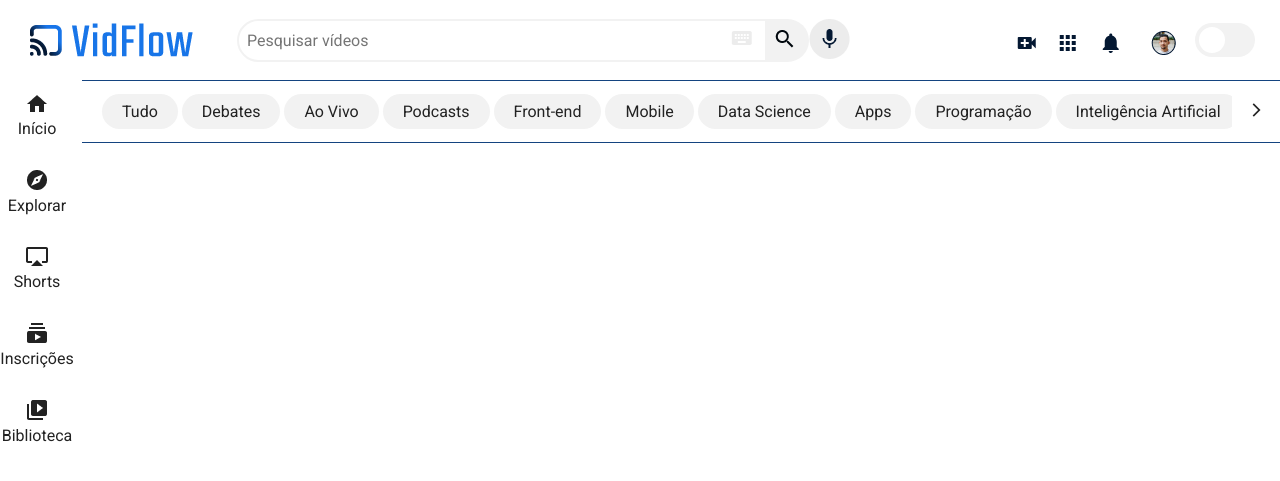
Repository: joaoPraiaJunior/curso-consumindo-api
Page: index.html
An editor plug-in stored every save of this project. The page is shown before and after the next save, followed by the edit.
The browser window is 1280 px wide. The pictures show the whole page.
The page's requests for data from a server got no answer.

Above is the page before, as saved 2024-08-15 17:49:42.
Console error: SyntaxError: Cannot use import statement outside a module

After the next save:
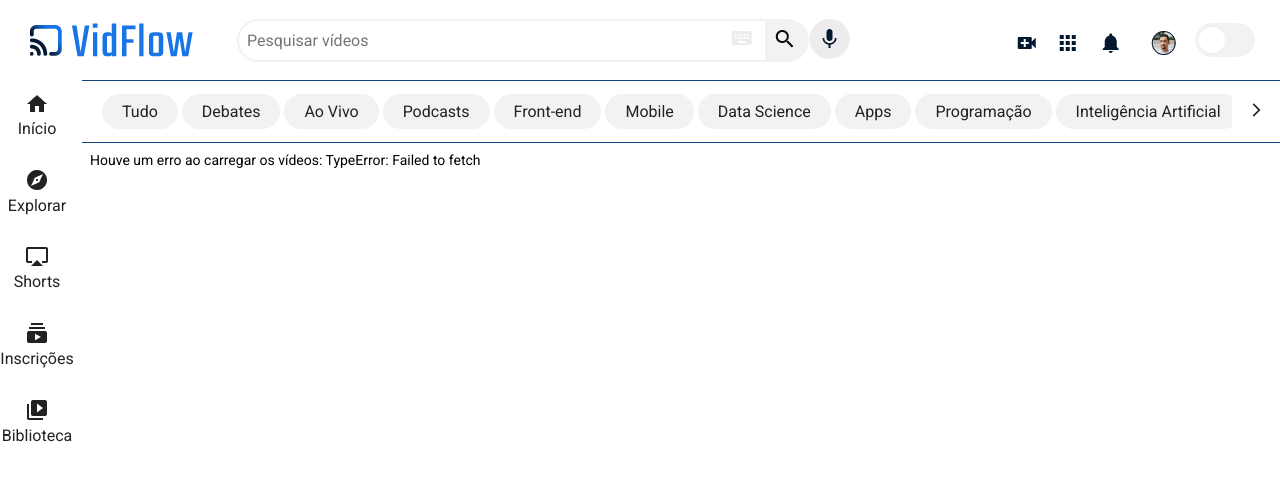
The error is gone.
Saved 2 min 37 s later.
--- a/index.html
+++ b/index.html
@@ -9,7 +9,6 @@
     <link rel="stylesheet" href="./css/flexbox.css">
     <title>VidFlow</title>
     <link rel="shortcut icon" href="./img/Favicon.png" type="image/x-icon">
-    <script src="./js/script.js" defer></script>
 </head>
 <body>
     <header>
@@ -201,6 +200,6 @@
 
         </ul>
     </main>
-
+    <script type="module" src="./js/script.js"></script>
 </body>
 </html>
